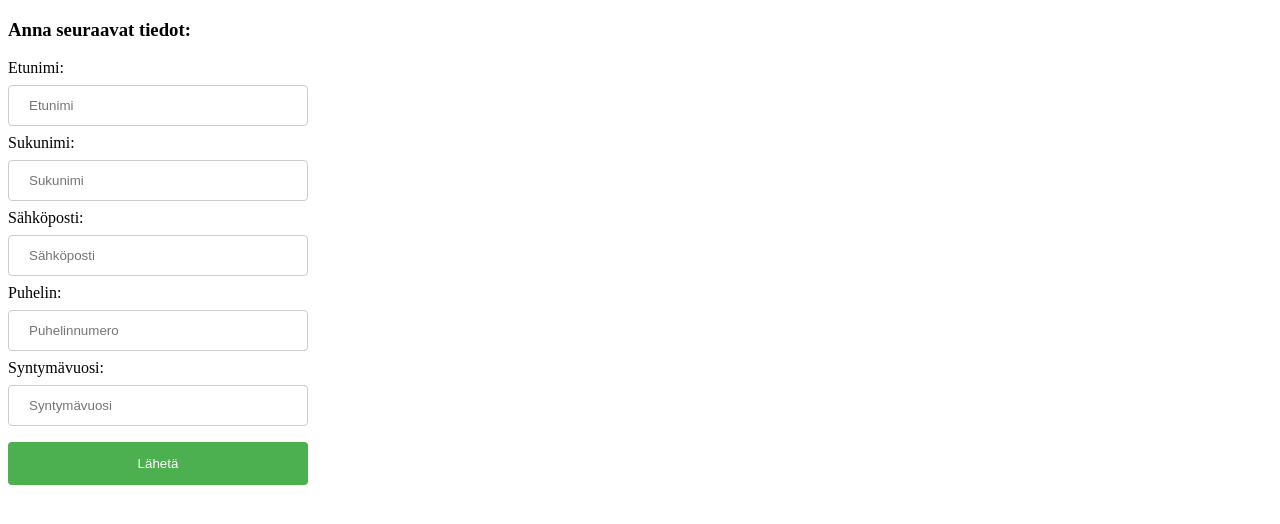
Repository: er-12/tehtava6
Page: http://localhost/t3/kysy.jsp
The author's editor kept a copy of each file at every save. The page is drawn from the files as they stood at one save, then again after the next save.
The browser window is 1280 px wide. The pictures show the whole page.
The page is served by Tomcat 9.

Above is the page before, as saved 2021-04-17 11:13:38.

### t3/WebContent/kysy.jsp
<%@ page language="java" contentType="text/html; charset=UTF-8"
    pageEncoding="UTF-8"%>
<!DOCTYPE html>
<html>
<style>
input[type=text], select {
  width: 300px;
  padding: 12px 20px;
  margin: 8px 0;
  display: inline-block;
  border: 1px solid #ccc;
  border-radius: 4px;
  box-sizing: border-box;
}

input[type=submit] {
  width: 300px;
  background-color: #4CAF50;
  color: white;
  padding: 14px 20px;
  margin: 8px 0;
  border: none;
  border-radius: 4px;
  cursor: pointer;
}

input[type=submit]:hover {
  background-color: #45a049;
}


</style>
<head>
<meta charset="UTF-8">
<title>Insert title here</title>
</head>
<body>
<h3>Anna seuraavat tiedot:</h3>
<form action="nayta.jsp" method="POST">
	<label for="etunimi">Etunimi:</label><br>
	<input type="text" name="etunimi" placeholder= "Etunimi"><br>
	<label for="fname">Sukunimi:</label><br>
	<input type="text" name="sukunimi" placeholder= "Sukunimi"><br>
	<label for="fname">Sähköposti:</label><br>
	<input type="text" name="sposti" placeholder= "Sähköposti"><br>
	<label for="fname">Puhelin:</label><br>
	<input type="text" name="puhelin" placeholder= "Puhelinnumero"><br>
	<label for="fname">Syntymävuosi:</label><br>
	<input type="text" name="vuosi" placeholder= "Syntymävuosi"><br>
	<input type="submit" value="Lähetä">
</form>
</body>
</html>
<!-- 2)	Tee sivulle kysy.jsp lomake, jossa pyydät käyttäjltä seuraavat tiedot:
a.	Etunimi
b.	Sukunimi
c.	Sähköposti
d.	Puhelin
e.	Syntymävuosi
 -->

After the next save:
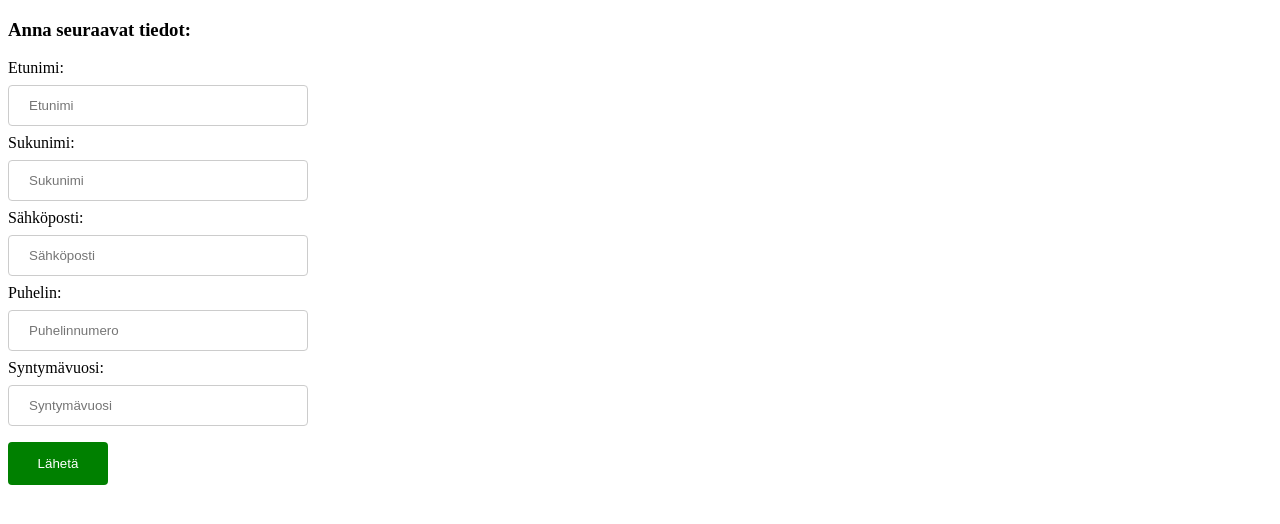
Saved 84 s later.
--- a/t3/WebContent/kysy.jsp
+++ b/t3/WebContent/kysy.jsp
@@ -14,20 +14,15 @@ input[type=text], select {
 }
 
 input[type=submit] {
-  width: 300px;
-  background-color: #4CAF50;
+  width: 100px;
+  text-align: center;
+  background-color: green;
   color: white;
   padding: 14px 20px;
   margin: 8px 0;
   border: none;
   border-radius: 4px;
-  cursor: pointer;
 }
-
-input[type=submit]:hover {
-  background-color: #45a049;
-}
-
 
 </style>
 <head>
